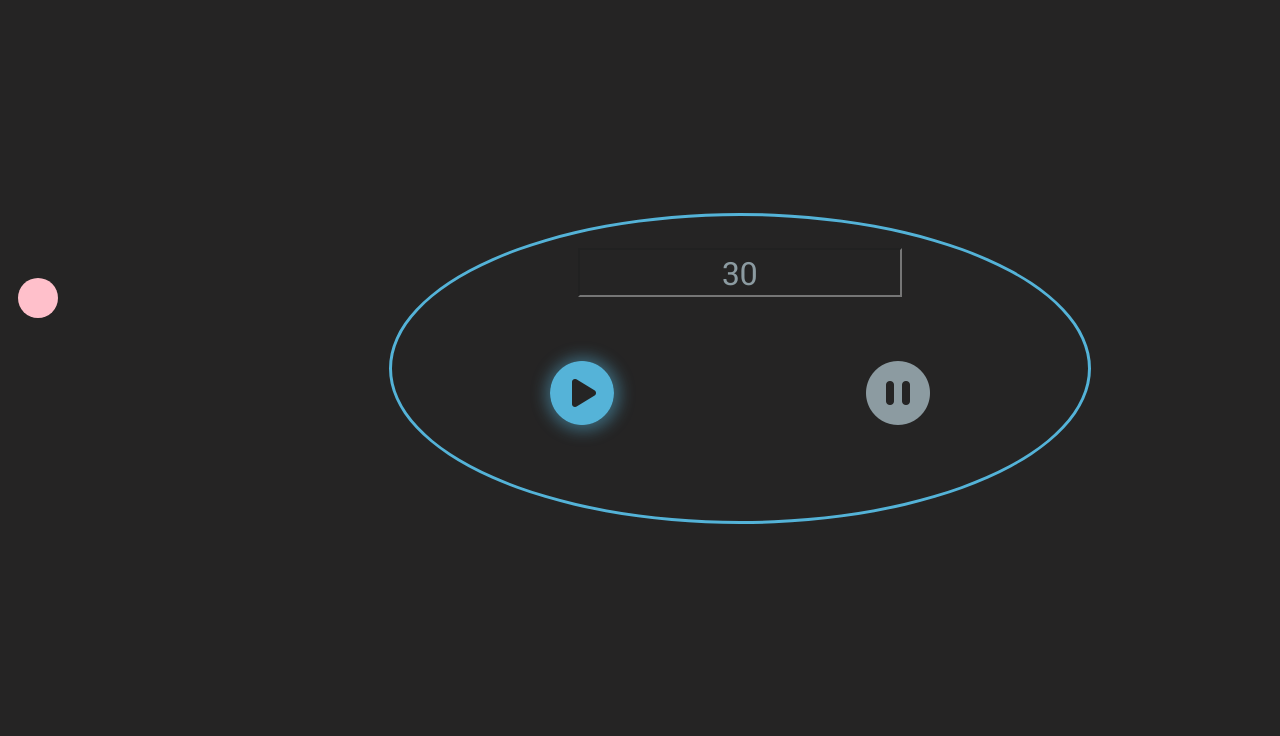
Repository: Sbethm/javascript-challenges
Page: index.html
An editor plug-in stored every save of this project. The page is shown before and after the next save, followed by the edit.
The browser window is 1280 px wide. The pictures show the whole page.
Some web libraries are served in a nearby version. The style sheet was rebuilt from its Sass, Less or Tailwind sources for each picture, by a compiler version that may differ from the author's.

Above is the page before, as saved 2021-09-17 15:28:49.

### index.html
<!DOCTYPE html>
<html lang="en">
<head>
    <meta charset="UTF-8">
    <meta http-equiv="X-UA-Compatible" content="IE=edge">
    <meta name="viewport" content="width=device-width, initial-scale=1.0">
    <link rel="stylesheet" href="./CSS/main.css">
    <link rel="preconnect" href="https://fonts.googleapis.com">
    <link rel="preconnect" href="https://fonts.gstatic.com" crossorigin>
    <link href="https://fonts.googleapis.com/css2?family=Roboto+Slab&display=swap" rel="stylesheet">
    <script src="https://kit.fontawesome.com/4348baf125.js" crossorigin="anonymous"></script>
    <title>SarahMoosa: JavaScript Challenges</title>
</head>
<body>
    <header></header>
    <main>
        <svg height="200" width="200">
            <circle r="20" cx="30" cy="30"\>
        </svg>
        <div class="container">
            <input type="text" value="30">
            <i class="fas fa-play-circle active"></i>
            <i class="fas fa-pause-circle"></i>
        </div>
    </main>
    <script src="./JS/timerClass.js"></script>
    <script src="./JS/apps.js"></script>
</body>
</html>

### JS/timerClass.js
class Timer {
    constructor(durationInput, playBtn, pauseBtn) {
        this.durationInput = durationInput;
        this.playBtn = playBtn;
        this.pauseBtn = pauseBtn;

        this.playBtn.addEventListener('click', this.start);
        this.pauseBtn.addEventListener('click', this.pause);
    }

    start = () => {
        this.tick();
        this.interval = setInterval(this.tick, 1000);

        playBtn.classList.remove('active');
        pauseBtn.classList.add('active');
        // for(let i = durationInput; durationInput > 0; i--){
        //     setTimeout(this.tick, 1000);
        // }
    };

    pause = () => {
        clearInterval(this.interval);

        pauseBtn.classList.remove('active');
        playBtn.classList.add('active');
    };

    tick = () => {
        if(this.timeRemaining > 0){
            this.timeRemaining = this.timeRemaining - 1;
        } else {
            this.pause();
        }

    };

    get timeRemaining () {
        return parseFloat(this.durationInput.value);
    }
    set timeRemaining (time) {
        this.durationInput.value = time;
    }
}

### JS/apps.js
const playBtn = document.querySelector('.fa-play-circle ');
const pauseBtn = document.querySelector('.fa-pause-circle ');
const input = document.querySelector('input');

//Reusable Timer Class


const timer1 = new Timer(input, playBtn, pauseBtn);








// //FUNCTIONS
// function startTimer() {
//     let inputNum = document.querySelector('input').value;

//     let countDownNum = Number(inputNum);

//     if(!countDownNum || countDownNum !== Math.floor(countDownNum)) {
//         console.log("WHOLE NUMBERS ONLY!")
//     } else {
//         countDownNum--;
//         inputNum = countDownNum;
//         console.log(inputNum);
//     }
// }

// function pauseTimer() {

// }



// playBtn.addEventListener('click', () => {
//     //Btn style change
//     playBtn.classList.remove('active');
//     pauseBtn.classList.add('active');

//     //Input countdown
//     startTimer()


// })

// pauseBtn.addEventListener('click', () => {
//     //Btn style change
//     pauseBtn.classList.remove('active');
//     playBtn.classList.add('active');

//     //Pause Timer
//     pauseTimer();
// })

### SCSS/main.scss
@import "./variables";

body {
    background-color: rgb(37, 36, 36);
}

main{
    height: 100vh;
    display: flex;
    align-items: center;
    justify-content: center;
}

circle {
    fill: pink;
}

.container {
    display: grid;
    grid-template-columns: Max(8rem, 50%) Max(8rem, 50%);
    grid-row: 25% 75%;
    width: Max(500px, 50%);
    padding: 1em;
    margin: 0 auto;

    background-color: rgb(37, 36, 36);
    border: solid 3px rgb(84, 179, 216);
    border-radius: 100%;
    //Used to style Input font
    font-family: 'Roboto Slab', serif;
    font-size: 2rem;
}

input {
    width: 50%;
    grid-area: 1 / 1 / 2 / 3;
    margin: 0 auto;
    background-color:  rgb(37, 36, 36);
    text-align: center;
    //Uses styles from parent .container
    font-family: inherit;
    font-size: 100%;
}

input[type='text']{
    color: $inactiveColor;
}

i {
    margin: 1em auto;
    font-size: Max(2rem, 4rem);
    color: $inactiveColor;
    border-radius: 50%;
}

.fa-play-circle {
    grid-area: 2 / 1 / 3 / 2;
}

.fa-pause-circle {
    grid-area: 2 / 2 / 3 / 3;
}

.active {
    color: $activeColor;
    box-shadow: 1px 1px 15px 5px rgba(85,179,216,0.46);
}
// rgb(85, 179, 216)
.inactive {
    color: $inactiveColor;
    box-shadow: none;
}

### SCSS/_variables.scss
//COLORS
$activeColor: hsl(197, 63%, 59%);
$inactiveColor: hsl(197, 10%, 59%);

After the next save:
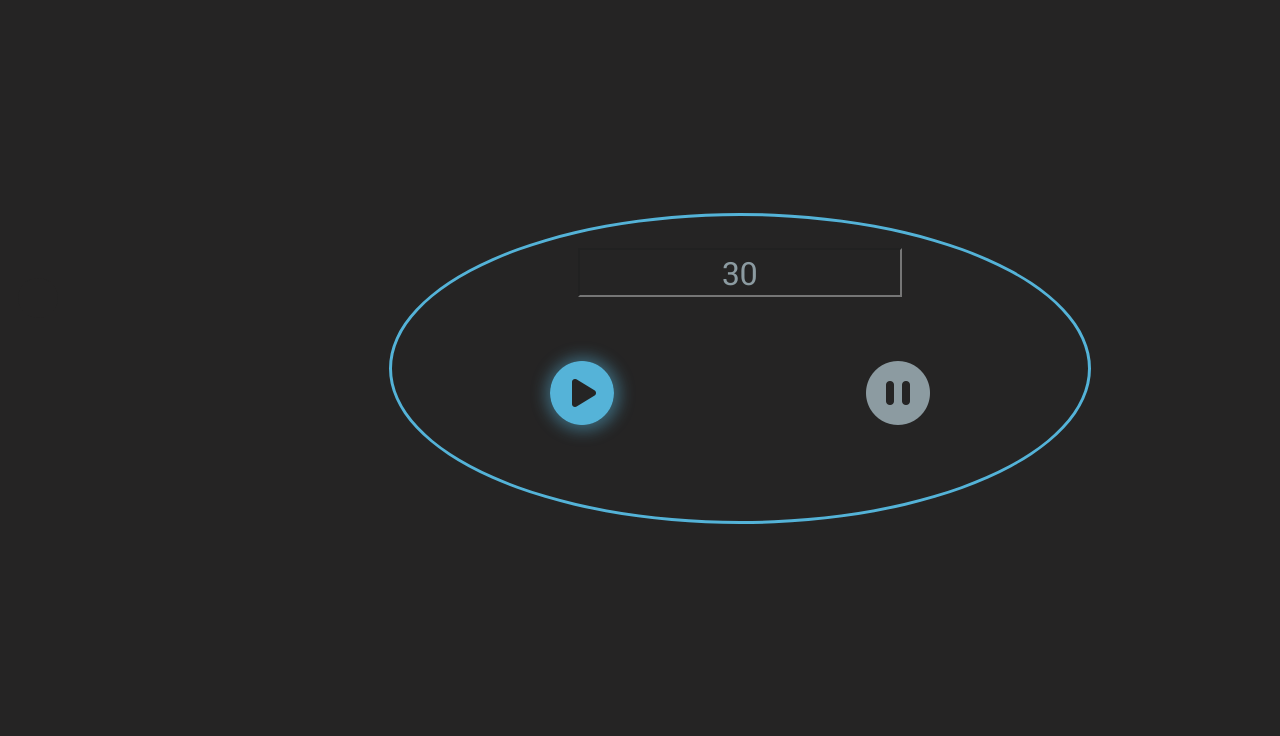
Saved 13 s later.
--- a/SCSS/main.scss
+++ b/SCSS/main.scss
@@ -12,7 +12,7 @@ main{
 }
 
 circle {
-    fill: pink;
+    fill: rgb(37, 36, 36);;
 }
 
 .container {
